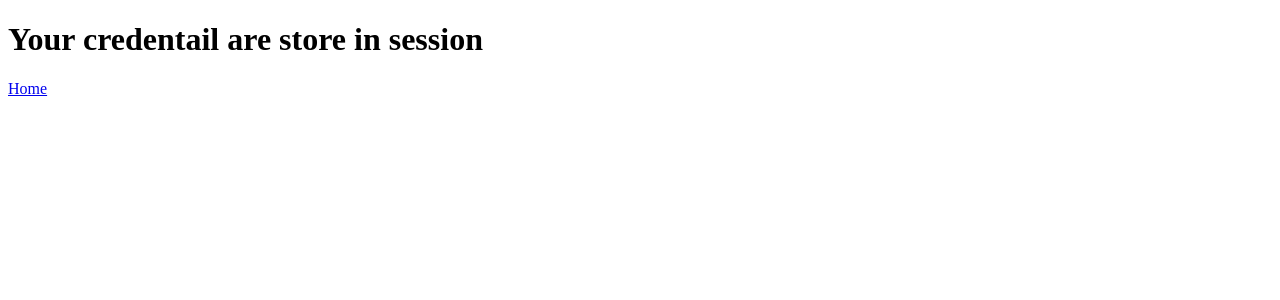
Repository: ZawMinKhantOrLeon/JavaEEWS
Page: http://localhost/jsp_servlet/session-data.jsp
An editor plug-in stored every save of this project. The page is shown before and after the next save, followed by the edit.
The browser window is 1280 px wide. The pictures show the whole page.
The page is served by Tomcat 10. Other server files are loaded and not shown.

Above is the page before, as saved 2024-02-15 10:37:37.

### jsp_servlet/src/main/webapp/session-data.jsp
<%@ page language="java" contentType="text/html; charset=ISO-8859-1"
    pageEncoding="ISO-8859-1"%>
<!DOCTYPE html>
<html>
<head>
<meta charset="ISO-8859-1">
<title>Session Data </title>
</head>
<body>
	<%
		String username= request.getParameter("name");
		String password = request.getParameter("password");
		session.setAttribute("name", username+":"+password);
		session.setMaxInactiveInterval(60);

		out.print("<h1>Your credentail are store in session</h1>");
		out.print("<a href='session-home.jsp'> Home </a>");

	%>
</body>
</html>

After the next save:
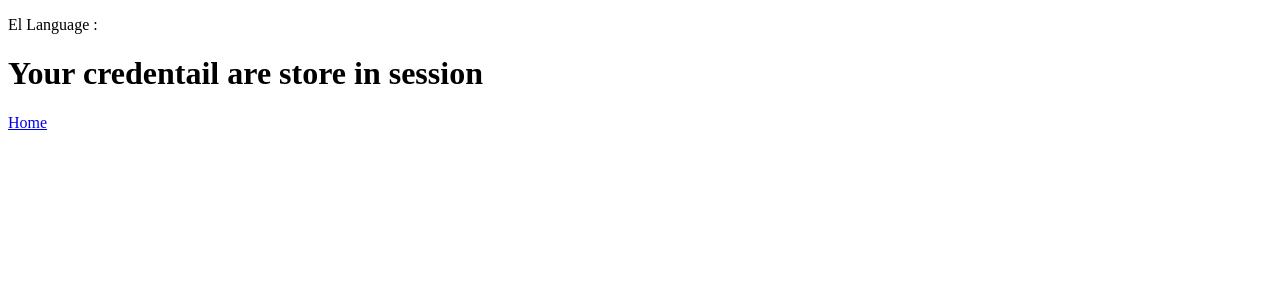
Saved 2 min 52 s later.
--- a/jsp_servlet/src/main/webapp/session-data.jsp
+++ b/jsp_servlet/src/main/webapp/session-data.jsp
@@ -7,6 +7,8 @@
 <title>Session Data </title>
 </head>
 <body>
+	<p>El Language  : ${ sessionScope.name }</p>
+
 	<%
 		String username= request.getParameter("name");
 		String password = request.getParameter("password");
